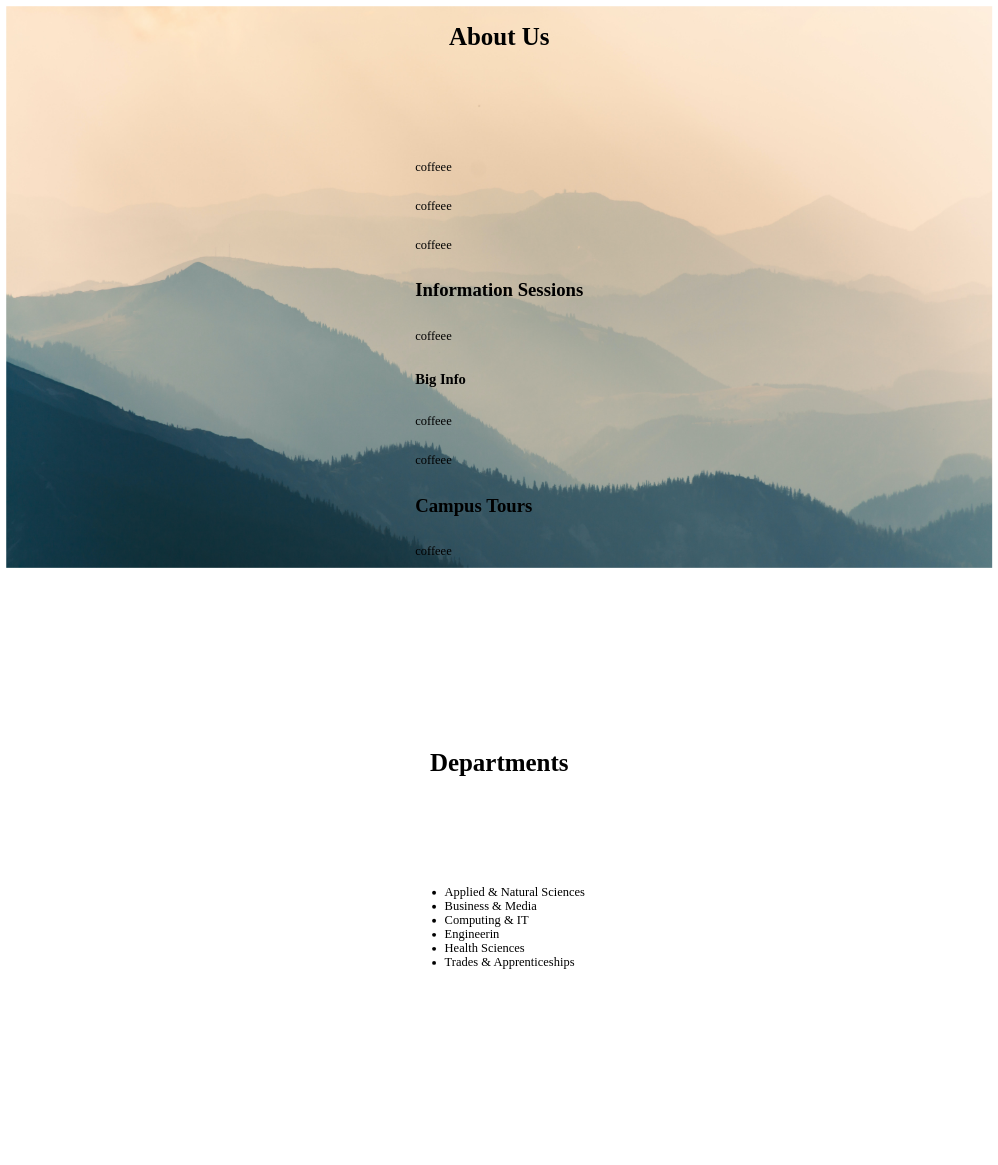
Repository: sierralaurent/MDIA2109-Assignment01
Page: /about
The author's editor kept a copy of each file at every save. The page is drawn from the files as they stood at one save, then again after the next save.
The browser window is 1280 px wide. The pictures show the whole page, at 78% of full size.
The project was rebuilt for these pictures with package versions that can differ from the ones it lists, and the page was loaded fresh each time. The framework's server and built-in components were replaced by stand-ins that run in the browser. Also part of the build but not shown: next.config.js.

Above is the page before, as saved 2023-02-02 21:34:36.

### pages/about.js
import Head from 'next/head'
import Image from 'next/image'
import { Inter } from '@next/font/google'
import styles from '@/styles/Home.module.css'
import Link from 'next/link'

export default function About() {
    return (
        <>
        <Head>
        <title>About Us</title>
        <meta name="author" content="MDIA 2109" />
        <meta property="og:title" content="Assignment #1 - About Us Page" />
        <meta property="og:description" content="BCIT Digital Design and Development Diploma" />
        <link rel="icon" href="/favicon.png" />
      </Head>
      <main className={styles.main}>
        <div className={styles.About}>
        <h1>About Us</h1>
        </div>
        <div className={styles.infodiv}>
        <div className={styles.info}>
        <p>coffeee</p>
        <p>coffeee</p>
        <p>coffeee</p>
        <h2>Information Sessions</h2>
        <p>coffeee</p>
        <h3>Big Info</h3>
        <p>coffeee</p>
        <p>coffeee</p>
        <h2>Campus Tours</h2>
        <p>coffeee</p>
        </div>
        </div>

        <div>
        <img src="/icons/leftArrow.png" alt="leftArrow"></img>
        <img src="/icons/rightArrow.png" alt="rightArrow"></img>
          <div  className={styles.About}>
          <h1>Departments</h1>
          </div>
          <div className={styles.infodiv}>
          <div className={styles.info}>
        <ul>
            <li>Applied & Natural Sciences</li>
            <li>Business & Media</li>
            <li>Computing & IT</li>
            <li>Engineerin</li>
            <li>Health Sciences</li>
            <li>Trades & Apprenticeships</li>
        </ul>
        </div>
          </div>
        </div>
        <div>
            <a href="/contact">
              <span>
              <img
                src="icons/upwardArrow.png"
                />
                <img
                src="icons/downwardArrow.png"
                />
              </span>
            </a>
          </div>
      </main>
        </>

    )
  }

### styles/Home.module.css
.carouselImage {
  height: 200px;
  background-repeat: no-repeat;
  background-size: cover;
  display: flex;
  justify-content: center;
  align-items: center;
  margin: 40px 0px;
}
.main {
  background-image: url('../public/background-images/backgroundMountain.jpg');
  background-size: cover;
  height: 100vh;
  position: relative;
}

.mainABOUT {
  background-color: #14343d;
}

.About {
  display: flex;
  justify-content: center;
}

.infodiv {
  display: flex;
  justify-content: center;
  align-items: center ;

}
.info {
  display: flex;
  flex-direction: column;
  justify-content: left;
  padding: 8%;
}

.header {
  position: absolute;
  top: 15%;
  right: 45%;
}

.header h1 {
  font-size: 50px;
}

.intro {
  position: absolute;

}

.inputs {
  position: absolute;
  right: 50%;
  top: 50%;
  border: 3px solid white;
}

.field {
  position: relative;
  height: 40%;
  width: 40%;
  top: 30%;
  left: 30%;
  align-items: center;
}

.middle2 {
  border: 3px solid gray;
  position: relative;
  top: 40%;
  height: 40%;
  width: 100%;
}

.field p {
  font-size: 25px;
  position: absolute;
  top: 10%;
  left: 30%;
}

.buttons {
  position: absolute;
  bottom: 6rem;
  left: 1rem;

}
.butt {
  border: 3px solid white;
  border-radius: 8%;
  background-color: transparent;
  width: 10vw;
  height: 2.5vh;
  max-width: 15vw;
  max-height: 5vh;
  font-size: 1.25vh;

}

.butt:hover {
  background-color: white;
  color: black;
}

.intro h1 {
  font-size: 50px;
  padding: 2%;
}
.p {
  font-size: 22px;
  padding: 2%;
}

.middle {
  position: absolute;
  height: 40vh;
  width: 40vw;
  max-width: 40vw;
  max-height: 40vh;
  top: 30rem;
  left: 20rem;
}

.icon1 {
  width: 5vw;
  height: 5vh;
  float: left;
}

.icon2 {
  width: 5vw;
  height: 5vh;
  float: right;
}

.icon3 {
  width: 5vw;
  height: 5vh;
  float: right;
}

.bottom {
  position: absolute;
  bottom: 10rem;
  right: 5rem;
}

.nav {
  padding: 4%;
}

Loaded but not shown: pages/_document.js (common file); pages/api/hello.js (common file)

After the next save:
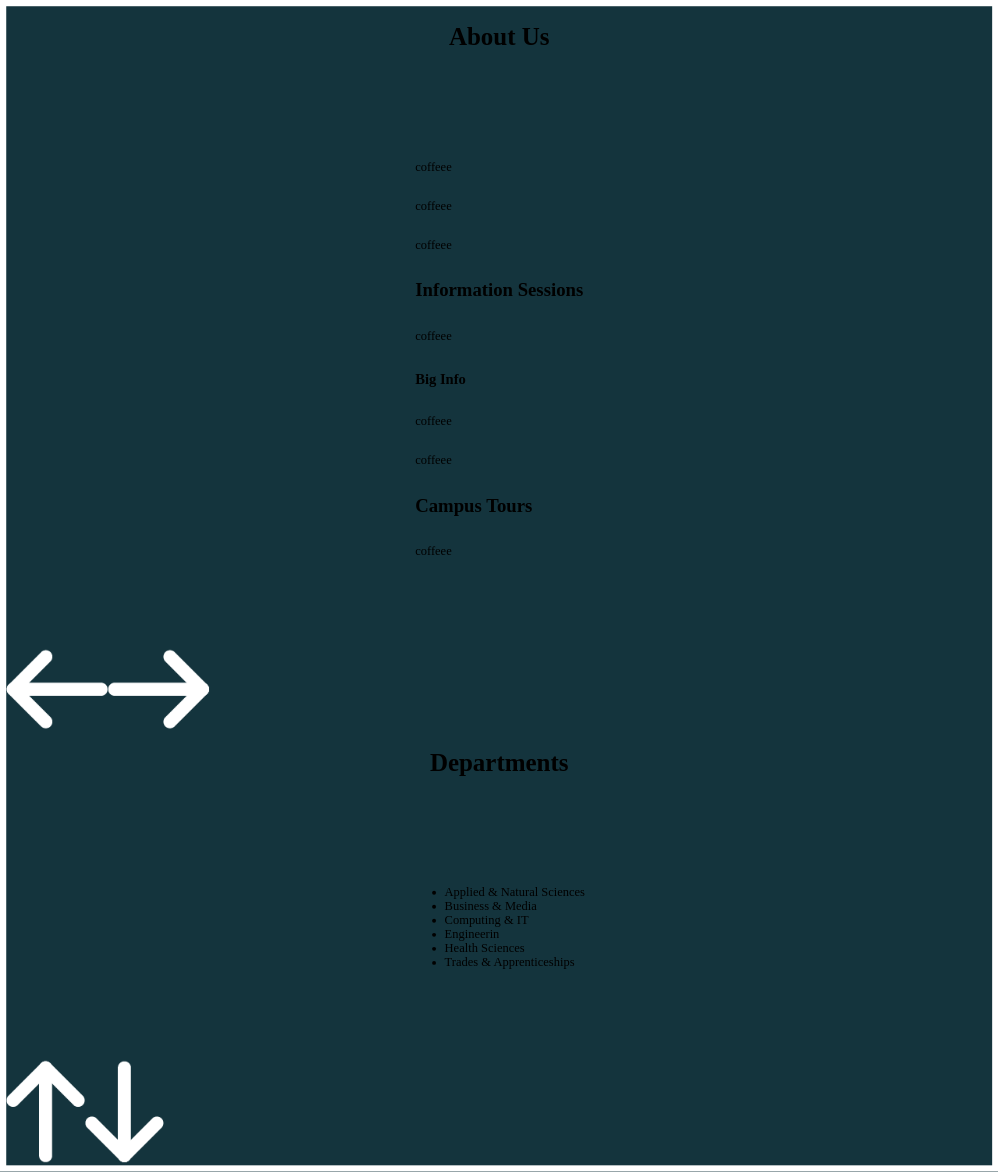
Saved 8 s later.
--- a/pages/about.js
+++ b/pages/about.js
@@ -14,7 +14,7 @@ export default function About() {
         <meta property="og:description" content="BCIT Digital Design and Development Diploma" />
         <link rel="icon" href="/favicon.png" />
       </Head>
-      <main className={styles.main}>
+      <main className={styles.mainABOUT}>
         <div className={styles.About}>
         <h1>About Us</h1>
         </div>
